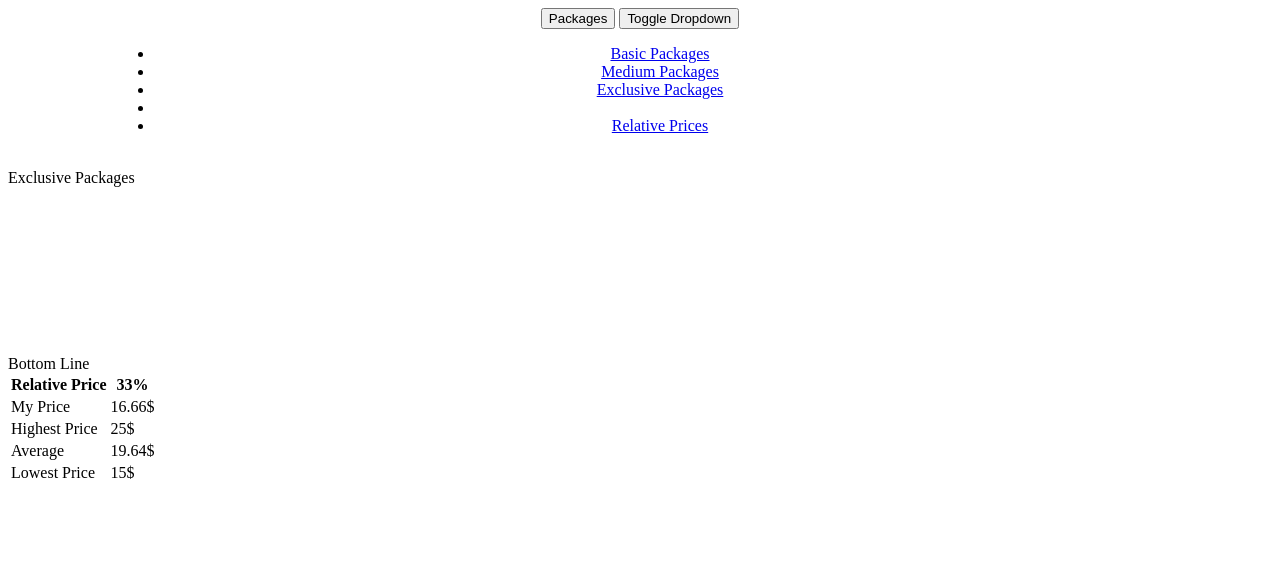
Repository: netaosman/Price-try-course
Page: prixceFrontEnd/src/main/webapp/Prixce_FrontEnd/HTML/Market/pricesPack/HighPackages.html
An editor plug-in stored every save of this project. The page is shown before and after the next save, followed by the edit.
The browser window is 1280 px wide. The pictures show the whole page.

Above is the page before, as saved 2017-09-23 03:09:33.

After the next save:
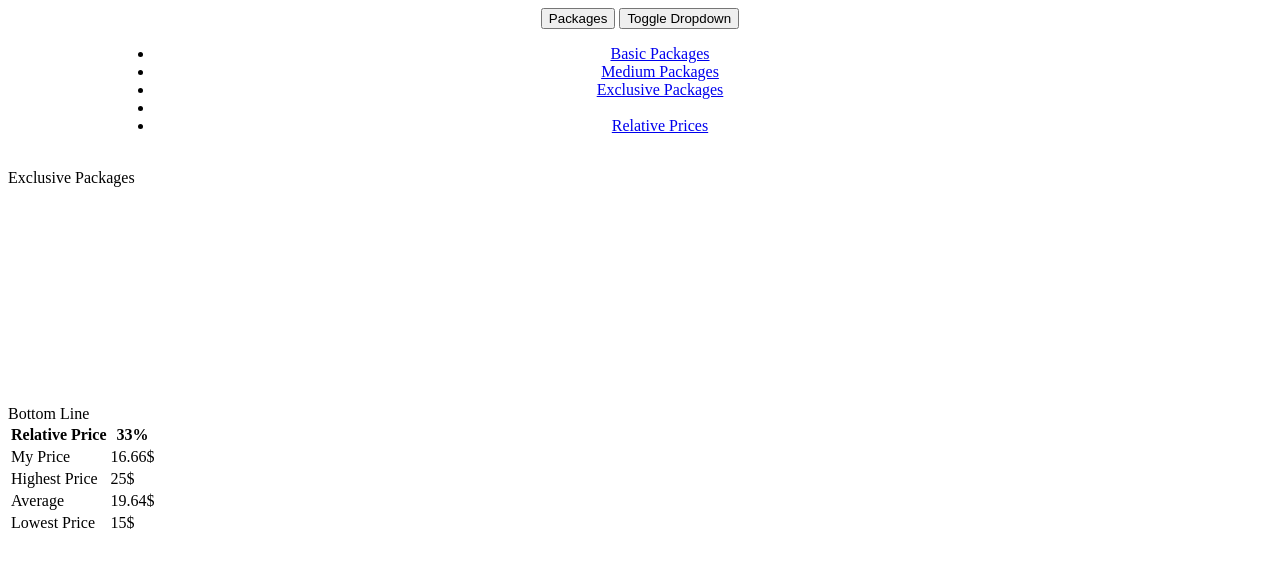
Saved 51 s later.
--- a/prixceFrontEnd/src/main/webapp/Prixce_FrontEnd/HTML/Market/pricesPack/HighPackages.html
+++ b/prixceFrontEnd/src/main/webapp/Prixce_FrontEnd/HTML/Market/pricesPack/HighPackages.html
@@ -28,7 +28,7 @@
 					<!-- <div class="panel-title">Prices</div> -->
 					<br>
 					<canvas id="base" class="chart-horizontal-bar" chart-data="data"
-						chart-labels="labels" chart-colors="colors">
+						chart-labels="labels" chart-colors="colors" height="200">
                                 </canvas>
 				</div>
 			</div>
